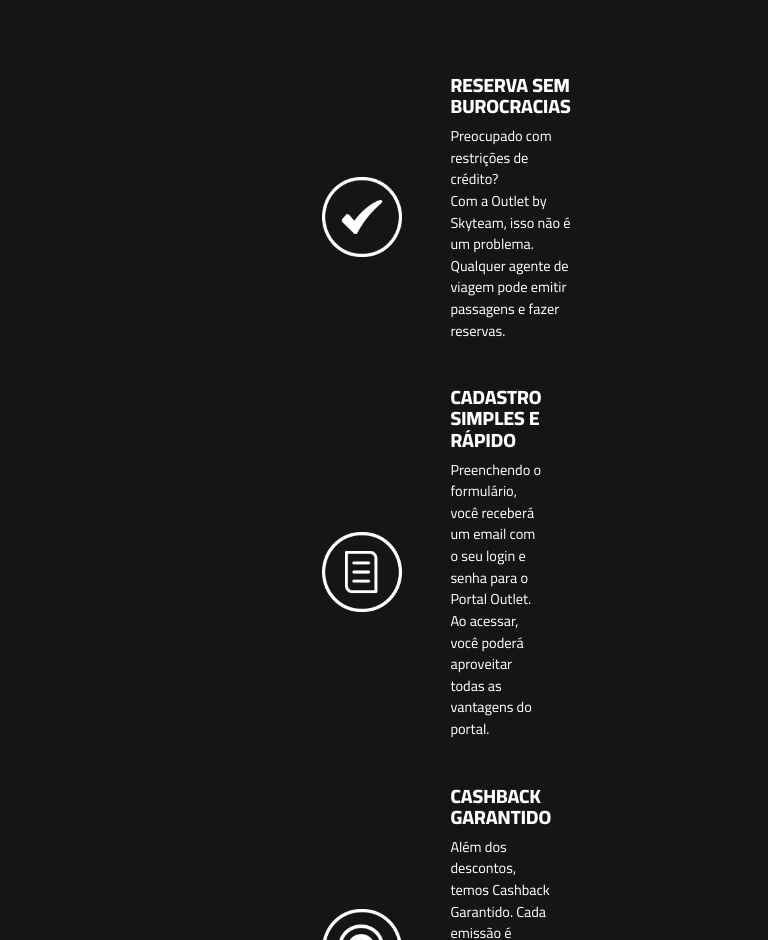
Repository: SkyTeam-Dev/Outlet_Site
Page: Site/index.html
The author's editor kept a copy of each file at every save. The page is drawn from the files as they stood at one save, then again after the next save.
The browser window is 768 px wide. The pictures show the part of the page from y = 2621 to 3561 px (the page is 6318 px tall before and 5629 px after).
A picture or video elsewhere on the page could not be fetched, so the positions and the page height are approximate. Some web libraries are served in a nearby version.

Above is the page before, as saved 2025-03-24 11:18:33.

After the next save:
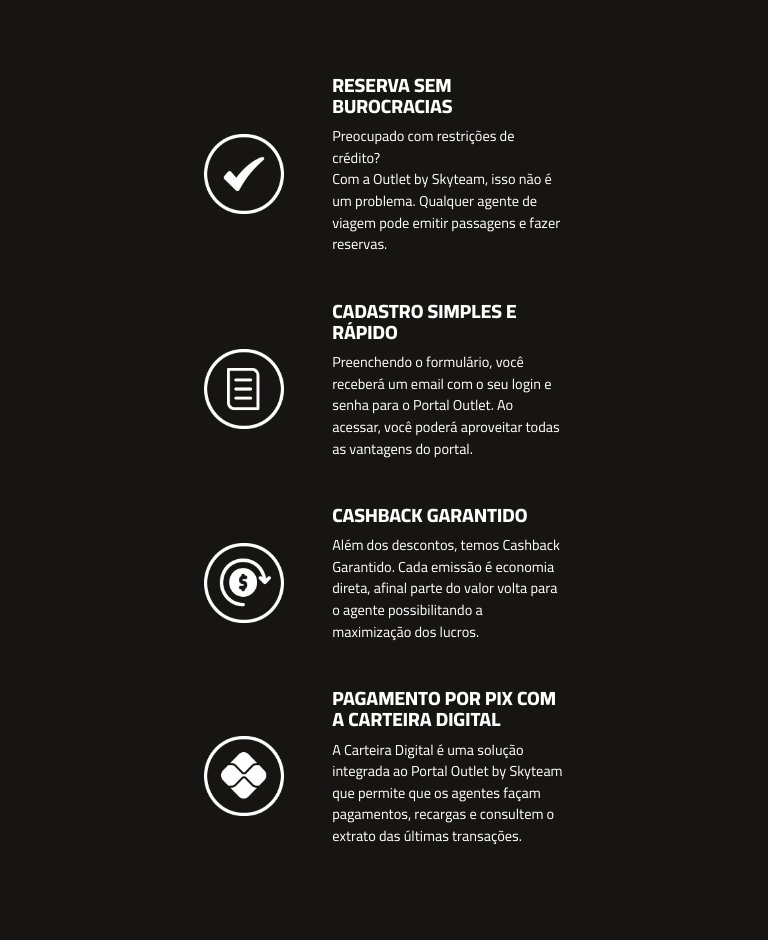
Saved 50 s later.
--- a/Site/Templates/Default/CSS/Responsive.css
+++ b/Site/Templates/Default/CSS/Responsive.css
@@ -37,7 +37,7 @@
 /* Para telas com largura de 900px ou menos */
 @media screen and (max-width: 900px) {
   .benefits-container {
-    max-width: 100%;
+    max-width: 100% !important;
   }
 
   .hero {
@@ -55,6 +55,6 @@
 /* Para telas com largura de 1200px ou menos */
 @media screen and (max-width: 1200px) {
   .benefits-container {
-    max-width: 90%;
+    max-width: 70% !important;
   }
 }
